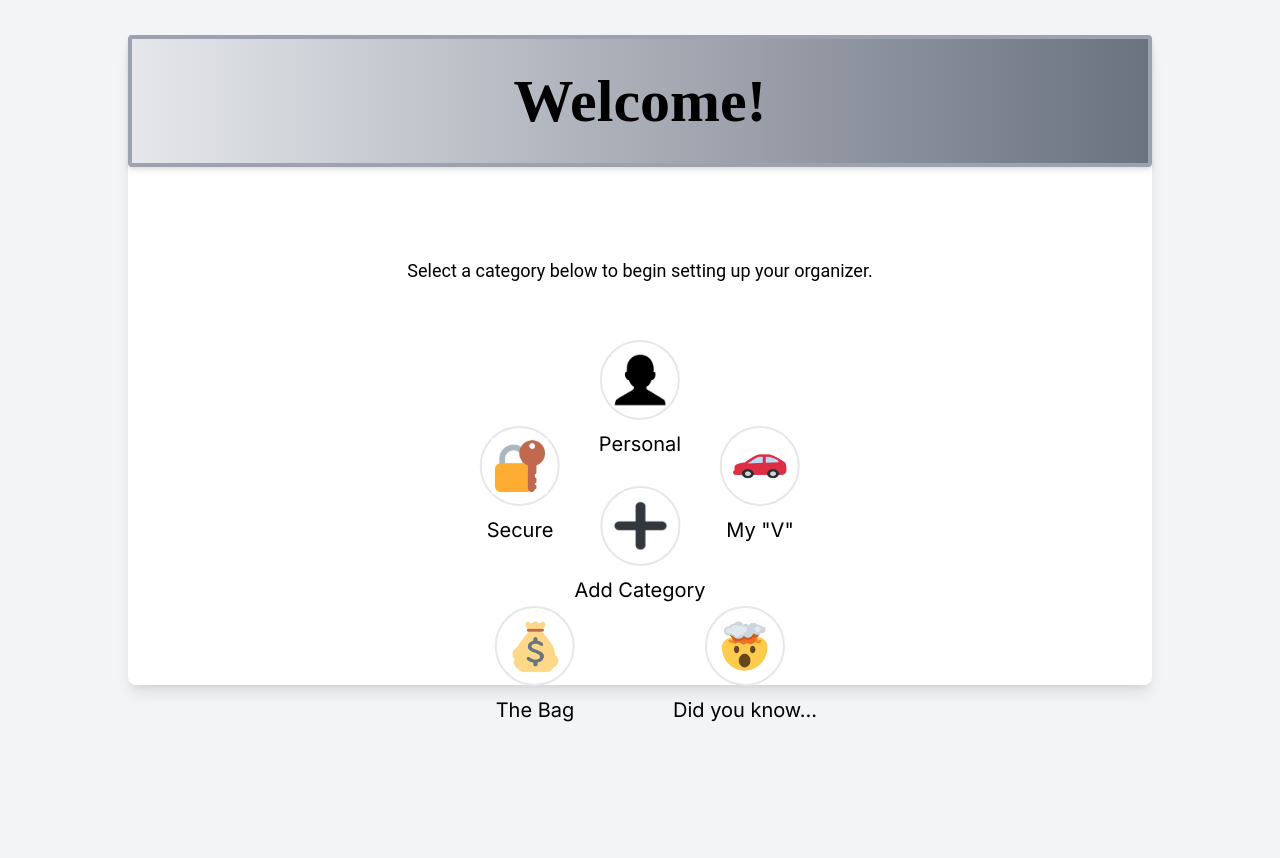
Repository: MercyB19/Russaw_Mercy_Adulting-101_Capstone
Page: page2.html
The author's editor kept a copy of each file at every save. The page is drawn from the files as they stood at one save, then again after the next save.
The browser window is 1280 px wide. The pictures show the whole page.
Some web fonts or font styles are not loaded; a fallback is used.

Above is the page before, as saved 2024-07-23 14:43:37.

### page2.html
<!DOCTYPE html>
<html lang="en">

<head>
  <meta charset="UTF-8">
  <meta name="viewport" content="width=device-width, initial-scale=1.0">
  <title>YAY Adulting</title>
  <link href="https://cdn.jsdelivr.net/npm/tailwindcss@2.2.19/dist/tailwind.min.css" rel="stylesheet">
  <link rel="stylesheet" href="https://fonts.googleapis.com/css2?family=Balsamiq+Sans:wght@400;700&display=swap">
  <link rel="stylesheet" href="https://fonts.googleapis.com/css2?family=Inter:wght@400;500;600&display=swap">
  <link rel="stylesheet" href="https://fonts.googleapis.com/css2?family=Poppins:wght@500;700&display=swap">
  <style>
    .pentagon-layout { /*creates a more rounded layout*/
      position: relative;
      width: 300px;
      height: 300px;
      margin: 0 auto;
    }

    .pentagon-layout div {
      position: absolute;
      text-align: center;
    }

    .personal {
     top: -15%;
      padding-bottom: 300px;
      left: 50%;
      transform: translateX(-50%);
    }

    .secure {
      top: 50%;
      left: 10%;
      transform: translate(-50%, -50%);
    }

    .add-category {
      top: 70%;
      left: 50%;
      transform: translate(-50%, -50%);
    }

    .my-v {
      top: 50%;
      right: 10%;
      transform: translate(50%, -50%);
    }

    .the-bag {
      bottom: -10%;
      left: 15%;
      transform: translate(-50%, 50%);
    }

    .did-you-know {
      bottom: -10%;
      right: 15%;
      transform: translate(50%, 50%);
    }

    .icon-title {
      margin-top: 90px;
      margin-bottom: 100px; /* Adjust as necessary to position text below icons */
    }
  </style>
</head>

<body class="bg-gray-100 flex justify-center items-center min-h-screen">
  <div class="w-full max-w-screen-lg bg-white rounded-lg shadow-lg">
    <header class="w-full p-8 bg-gradient-to-r from-gray-200 to-gray-500 border-4 border-gray-400 flex flex-col items-center rounded shadow-md mb-8">
      <div class="text-6xl font-bold text-teal" style="font-family: 'Balsamiq Sans', cursive;">Welcome!</div>
    </header>
    <div class="text-center mb-8">
      <p class="icon-title text-lg" style="font-family: 'Roboto', sans-serif;">Select a category below to begin setting up your organizer.</p>
    </div>
    <div class="pentagon-layout">
      <div class="personal flex flex-col items-center">
        <div class="w-20 h-20  flex justify-center items-center bg-white border-2  rounded-full mb-2">
          <img src="Images/Person_personal_img.png" alt="Personal" class="w-14 h-13">
        </div>
        <p class="icon-title text-xl" style="font-family: 'Inter', sans-serif;">Personal</p>
      </div>
      <div class="secure flex flex-col items-center">
        <div class="w-20 h-20 flex justify-center items-center bg-white border-2 rounded-full mb-2">
          <img src="Images/Secure_icon_img.png" alt="Secure" class="w-14 h-14">
        </div>
        <p class="icon-title text-xl" style="font-family: 'Inter', sans-serif;">Secure</p>
      </div>
      <div class="add-category flex flex-col items-center">
        <div class="w-20 h-20 flex justify-center items-center bg-white border-2 rounded-full mb-2">
          <img src="Images/Add_new_img.png" alt="Add Category" class="w-14 h-13">
        </div>
        <p class="icon-title text-xl" style="font-family: 'Inter', sans-serif;">Add Category</p>
      </div>
      <div class="my-v flex flex-col items-center">
        <div class="w-20 h-20 flex justify-center items-center bg-white border-2  rounded-full mb-2">
          <img src="Images/My_V_img.png" alt="My V" class="w-14 h-15">
        </div>
        <p class="icon-title text-xl" style="font-family: 'Inter', sans-serif;">My "V"</p>
      </div>
      <div class="the-bag flex flex-col items-center">
        <div class="w-20 h-20 flex justify-center items-center bg-white border-2 rounded-full mb-2">
          <img src="Images/The_bag_icon_img.png" alt="The Bag" class="w-13 h-14">
        </div>
        <p class="icon-title text-xl" style="font-family: 'Inter', sans-serif;">The Bag</p>
      </div>
      <div class="did-you-know flex flex-col items-center">
        <div class="w-20 h-20 flex justify-center items-center bg-white border-2 rounded-full mb-2">
          <img src="Images/did_you_know_icon.png" alt="Did you know" class="w-12 h-13">
        </div>
        <p class="icon-title text-xl" style="font-family: 'Inter', sans-serif;">Did you know...</p>
      </div>
    </div>
  </div>
</body>

</html>

After the next save:
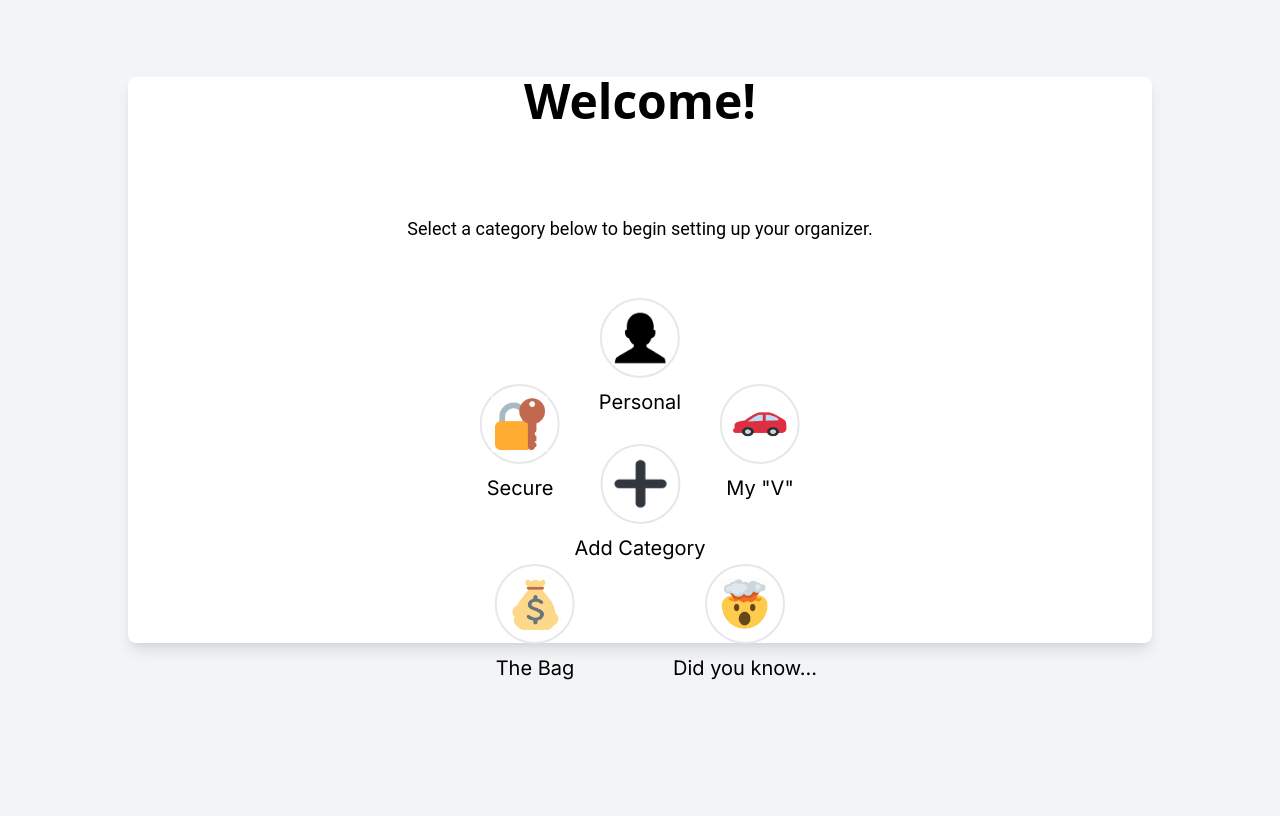
Saved 8 s later.
--- a/page2.html
+++ b/page2.html
@@ -4,7 +4,7 @@
 <head>
   <meta charset="UTF-8">
   <meta name="viewport" content="width=device-width, initial-scale=1.0">
-  <title>YAY Adulting</title>
+  <title>Adulting 101</title>
   <link href="https://cdn.jsdelivr.net/npm/tailwindcss@2.2.19/dist/tailwind.min.css" rel="stylesheet">
   <link rel="stylesheet" href="https://fonts.googleapis.com/css2?family=Balsamiq+Sans:wght@400;700&display=swap">
   <link rel="stylesheet" href="https://fonts.googleapis.com/css2?family=Inter:wght@400;500;600&display=swap">
@@ -68,8 +68,8 @@
 
 <body class="bg-gray-100 flex justify-center items-center min-h-screen">
   <div class="w-full max-w-screen-lg bg-white rounded-lg shadow-lg">
-    <header class="w-full p-8 bg-gradient-to-r from-gray-200 to-gray-500 border-4 border-gray-400 flex flex-col items-center rounded shadow-md mb-8">
-      <div class="text-6xl font-bold text-teal" style="font-family: 'Balsamiq Sans', cursive;">Welcome!</div>
+    <header class="text-center mb-6">
+      <div class="text-5xl font-bold text-">Welcome!</div>
     </header>
     <div class="text-center mb-8">
       <p class="icon-title text-lg" style="font-family: 'Roboto', sans-serif;">Select a category below to begin setting up your organizer.</p>
